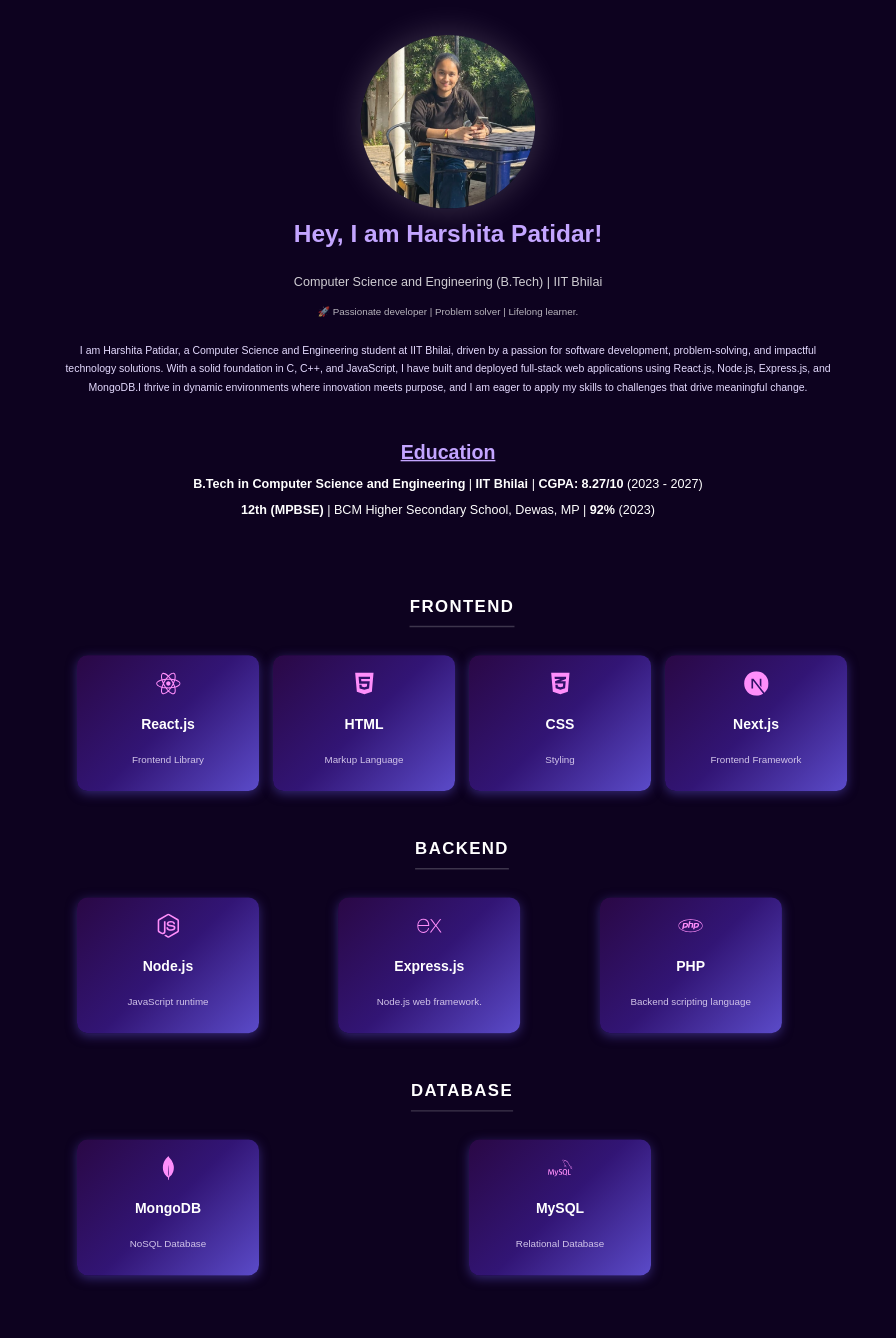
Repository: harshitap1305/Portfolio
Page: /
These files come from the project's save history. The page is drawn as it stood at one moment and after the next save; the edit follows.
The browser window is 1280 px wide. The pictures show the whole page, at 70% of full size.
The project was rebuilt for these pictures with package versions that can differ from the ones it lists, and the page was loaded fresh each time. Also part of the build but not shown: vite.config.js.

Above is the page before, as saved 2025-03-27 19:19:02.

### index.html
<!doctype html>
<html lang="en">
  <head>
    <meta charset="UTF-8" />

    <meta name="viewport" content="width=device-width, initial-scale=1.0" />
    <title>Harshita's Portfolio</title>
  </head>
  <body>
    <div id="root"></div>
    <script type="module" src="/src/main.jsx"></script>
  </body>
</html>

### src/App.jsx
import Home from './Home.jsx'

function App() {


  return (
    <>
      <Home/>
    </>
  )
}

export default App

### src/Home.jsx
import React from 'react';
import harshita from './assets/harshita.png';
import './App.css';
import { FaReact, FaHtml5, FaCss3Alt,FaNodeJs, FaPhp } from "react-icons/fa";
import { SiNextdotjs, SiExpress,SiMysql,SiMongodb } from "react-icons/si";
import Cards from './Cards';
const skillsData=[
    {
        category: "Frontend",
        skills: [
          { name: "React.js", description: "Frontend Library", icon: <FaReact/> },
          { name: "HTML", description: "Markup Language", icon: <FaHtml5 /> },
          { name: "CSS", description: "Styling", icon: <FaCss3Alt /> },
          { name: "Next.js", description: "Frontend Framework", icon: <SiNextdotjs /> }
        ]
      },
      {
        category: "Backend",
        skills: [
          { name: "Node.js", description: " JavaScript runtime", icon: <FaNodeJs /> },
          { name: "Express.js", description: "Node.js web framework.", icon: <SiExpress /> },
          { name: "PHP", description: "Backend scripting language", icon: <FaPhp /> }
        ]
      },
      {
        category: "Database",
        skills: [
          { name: "MongoDB", description: "NoSQL Database", icon: <SiMongodb/> },
          { name: "MySQL", description: "Relational Database", icon: <SiMysql /> },

        ]
      }
]
const Home = () => {
  return (
    <>
      <img src={harshita} alt="Harshita Patidar" className="harshita" />
      <h2 className="name">Hey, I am Harshita Patidar!</h2>
      <p className="tagline">Computer Science and Engineering (B.Tech) | IIT Bhilai</p>
      <p className="subtext">
      🚀 Passionate developer | Problem solver | Lifelong learner.
      </p>
      <p className='intro'>I am Harshita Patidar, a Computer Science and Engineering student at IIT Bhilai, driven by a passion for software development, problem-solving, and impactful technology solutions. With a solid foundation in C, C++, and JavaScript, I have built and deployed full-stack web applications using React.js, Node.js, Express.js, and MongoDB.I thrive in dynamic environments where innovation meets purpose, and I am eager to apply my skills to challenges that drive meaningful change.</p>
      <div className="education-container">
        <h1 className="education-heading">Education</h1>
        <ul className="education-list">
          <li>
            <span className="edu-degree">B.Tech in Computer Science and Engineering</span> | <b>IIT Bhilai</b> | <b>CGPA: 8.27/10</b> (2023 - 2027)
          </li>
          <li>
            <span className="edu-degree">12th (MPBSE)</span> | BCM Higher Secondary School, Dewas, MP | <b>92%</b> (2023)
          </li>
        </ul>

      </div>
      <div className="skills-container">
        {skillsData.map((section, index) => (
          <div key={index} className="skill-section">
            <h3 className="skill-category">{section.category}</h3>
            <div className="skill-grid">
              {section.skills.map((skill, i) => (
                <Cards key={i} icon={skill.icon} name={skill.name} description={skill.description} />
              ))}
            </div>
          </div>
        ))}
      </div>
    </>
  );
};

export default Home;

### src/App.css
/* Background */
body {
  background-color: #0d021f;
  color: white;
  font-family: 'Poppins', sans-serif;
  text-align: center;
  justify-content: center;
  display: flex;
}

/* Image Styling */
.harshita {
  width: 250px;
  border-radius: 50%;
  display: block;
  margin: 50px auto 10px;
  box-shadow: 0px 0px 50px rgba(255, 255, 255, 0.2);
}

/* Name Styling */
.name {
  font-size: 35px;
  font-weight: bold;
  margin-top: 10px;
  color: #c3a5ff; /* Light purple */
}

/* Tagline Styling */
.tagline {
  font-size: 18px;
  margin-top: 5px;
  opacity: 0.8;
}


/* Subtext */
.subtext {
  font-size: 14px;
  margin-top: 5px;
  opacity: 0.7;
}
/* Intro Box */
.intro {
  font-size: 15px;
  line-height: 1.8;
  max-width: 1100px;
  text-align: center;
  margin-top: 20px;
  color: #e5dbff;
  padding: 10px 20px;

}

/* Highlights in Text */
.intro span {
  color: #8a4bff;
  font-weight: bold;
}
/* Education Section */
.education-container {
  margin-top: 20px;
  padding: 15px;
  text-align: left;
  max-width: 100%;
  justify-content: center;
  text-align: center;
}

.education-heading {
  font-size: 28px;
  font-weight: bold;
  color: #c3a5ff;
  margin-bottom: 10px;
  text-decoration: underline;


}

.education-list {
  list-style: none;
  padding: 0;
}

.education-list li {
  font-size: 18px;
  line-height: 1.6;
  margin-bottom: 8px;
}

.edu-degree {
  font-weight: bold;
  color: white;
}
.skills-container {
  display: flex;
  flex-direction: column;
  align-items: center;
  justify-content: center;
  width: 100%;
  padding: 50px 20px;
  color: white;
  justify-content: center;

}

.skill-section {
  width: 100%;
  max-width: 1100px;
  margin-bottom: 40px;
  text-align: center;
  justify-content: center;
}

.skill-category {
  font-size: 24px;
  font-weight: bold;
  color: #fff;
  text-transform: uppercase;
  letter-spacing: 2px;
  margin-bottom: 20px;
  padding-bottom: 10px;
  border-bottom: 2px solid rgba(255, 255, 255, 0.2);
  display: inline-block;
}

.skill-grid {
  display: grid;
  grid-template-columns: repeat(auto-fit, minmax(200px, 1fr));
  gap: 20px;
  justify-content: center;
  margin-top: 20px;
}

### src/Cards.jsx
import React from 'react'
import './Cards.css'
const Cards = ({name,description,icon}) => {
  return (
    <>
    <div className="skill-card">
    <div className="skill-icon">{icon}</div>
    <h4>{name}</h4>
    <p>{description}</p>
    </div>
  </>
  )
}

export default Cards

### src/Cards.css
.skill-card {
    background: linear-gradient(135deg, #2a0845, #321575, #5b4bc9);
    padding: 20px;
    width: 220px;
    border-radius: 15px;
    text-align: center;
    transition: 0.3s;
    box-shadow: 0 4px 15px rgba(91, 75, 201, 0.5);
    position: relative;
    overflow: hidden;
  }

  .skill-card:hover {
    transform: translateY(-5px);
    box-shadow: 0 6px 20px rgba(91, 75, 201, 0.8);
  }

  .skill-card h4 {
    color: #fff;
    font-size: 20px;
    margin-top: 10px;
    font-weight: bold;
  }

  .skill-card p {
    color: #d1c4e9;
    font-size: 14px;
  }

  .skill-icon {
    font-size: 35px;
    color: #ff8efb;
  }

  /* Glowing Effect */
  .skill-card::before {
    content: "";
    position: absolute;
    top: -50%;
    left: -50%;
    width: 200%;
    height: 200%;
    background: radial-gradient(circle, rgba(255, 255, 255, 0.2) 10%, transparent 50%);
    transform: rotate(30deg);
    opacity: 0;
    transition: opacity 0.4s;
  }

  .skill-card:hover::before {
    opacity: 1;
  }

Loaded but not shown: src/main.jsx (common file); src/index.css (common file)

After the next save:
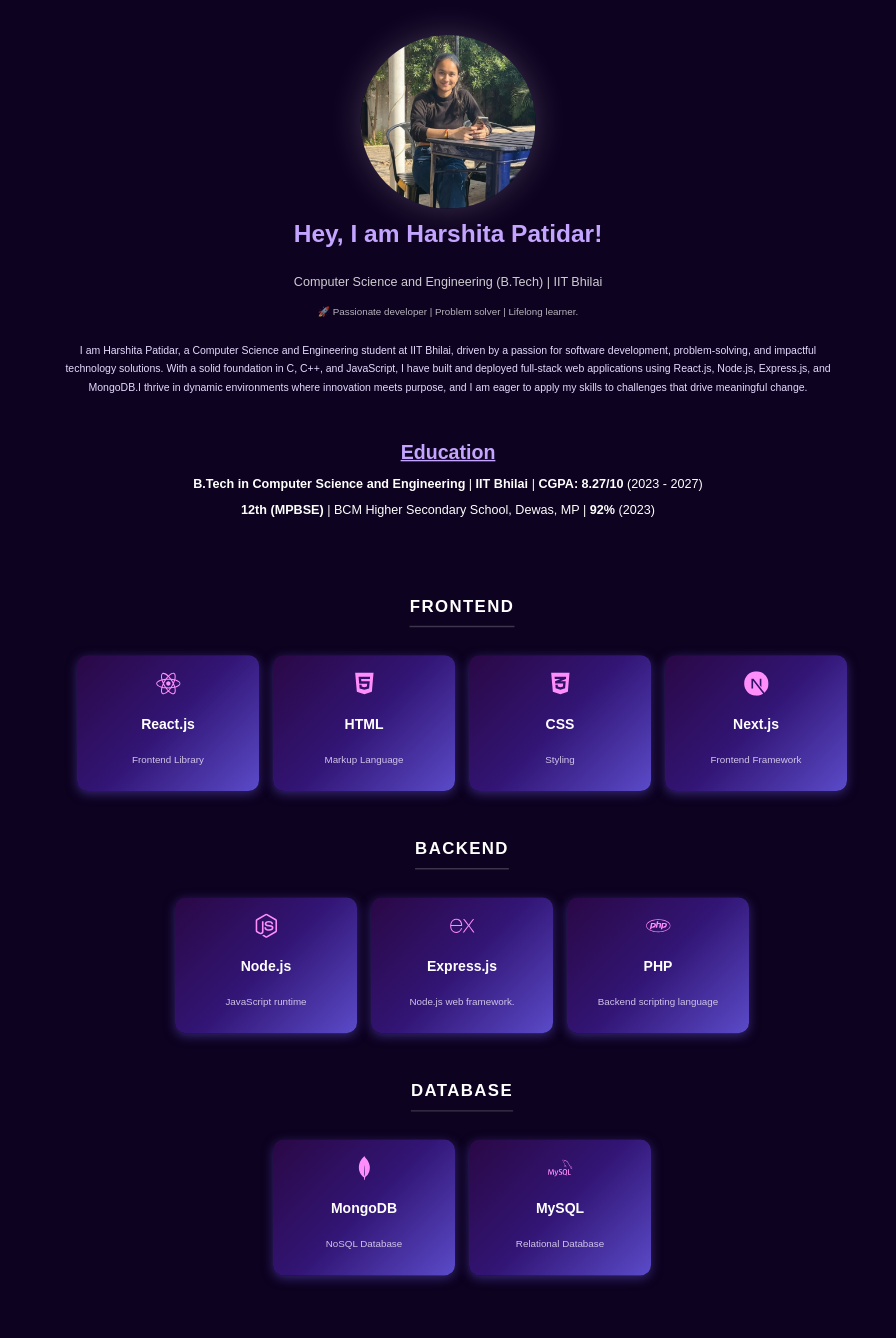
Saved 79 s later.
--- a/src/App.css
+++ b/src/App.css
@@ -130,3 +130,9 @@ body {
   justify-content: center;
   margin-top: 20px;
 }
+.skill-grid:has(:nth-child(2):nth-last-child(1)),
+.skill-grid:has(:nth-child(2):nth-last-child(2)) {
+  display: flex;
+  justify-content: center;
+  gap: 20px;
+}
